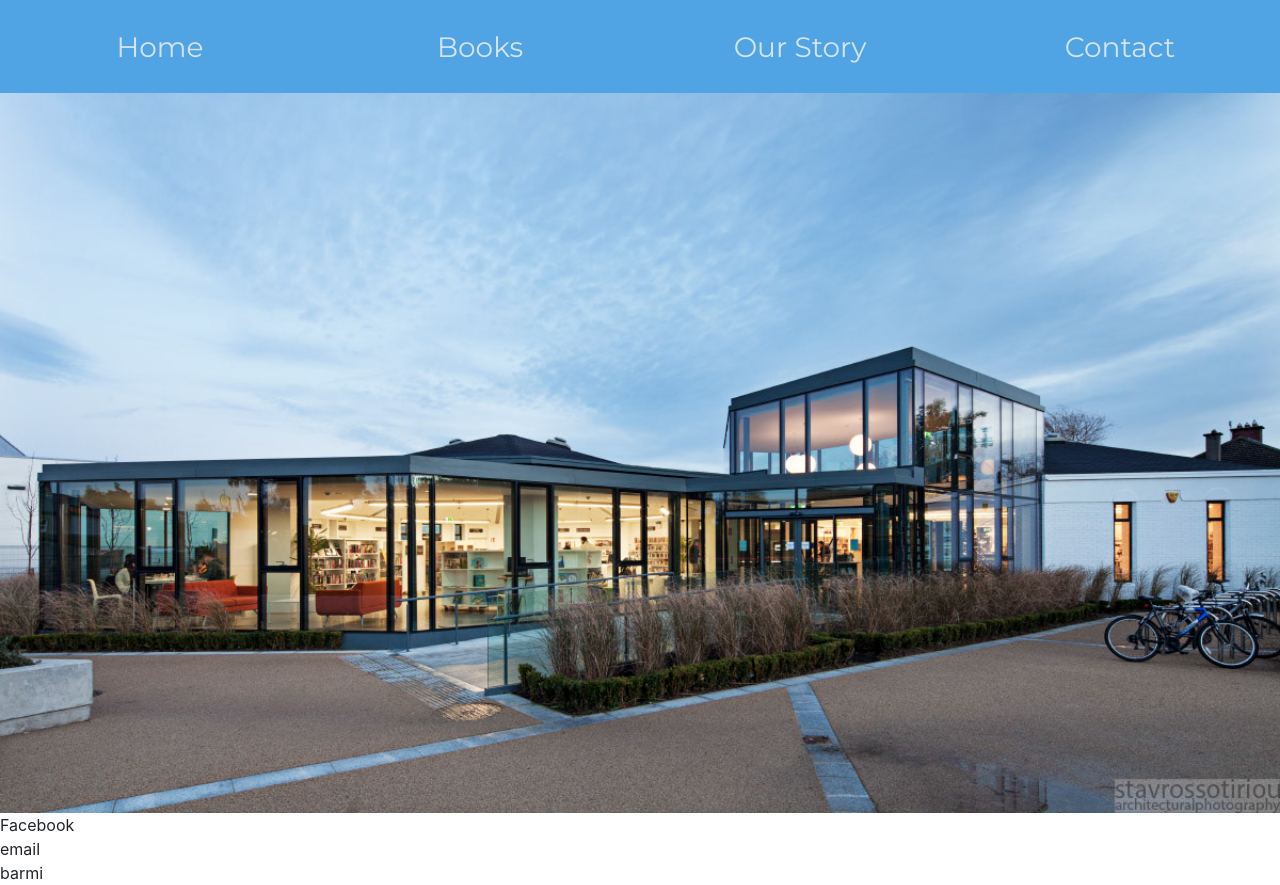
Repository: taikatta/Konyvkucko
Page: index.html
The author's editor kept a record of every edit. The page is drawn from the files as they stood at one moment, then again after the next edit.
The browser window is 1280 px wide. The pictures show the whole page.
Backgrounds fixed to the window are drawn as part of the page.

Above is the page before.

After the next edit:
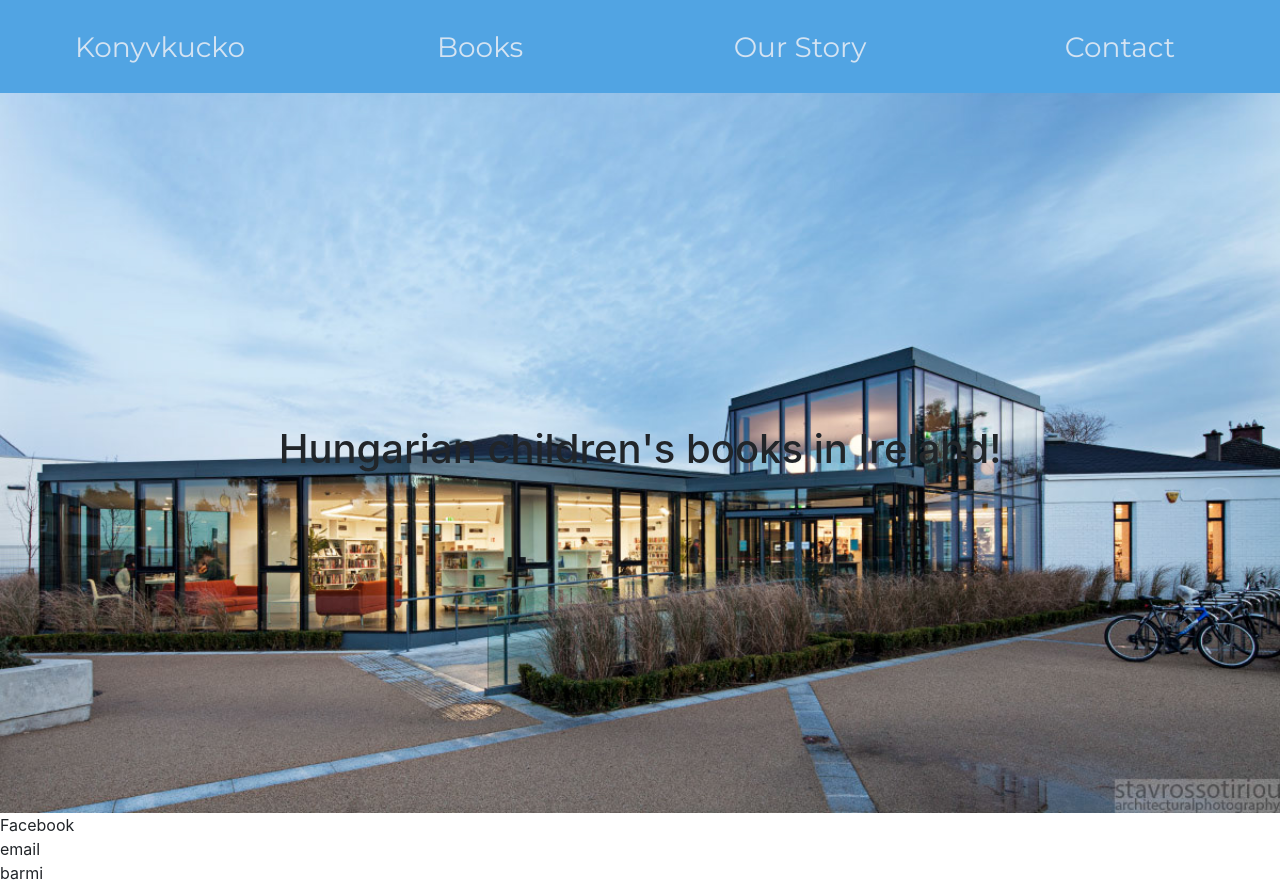
The edit:
--- a/index.html
+++ b/index.html
@@ -13,34 +13,28 @@
 
 <body>
     <header>
-       <!-- <div class="row no-gutters">
-            <a class="col-md-4" href="index.html">
-                Konyvkucko
-            </a>
-            <div class="col-md-8"> -->
-                <div class="row no-gutters">
-                    <div class="col">
-                        <ul id="nav" class="list-inline menucontainer">
-                            <li class="col-6 col-sm-3 list-inline-item menuitem">
-                                <a href="index.html"><span>Home</span></a>
-                            </li>
-                            <li class="col-6 col-sm-3 list-inline-item menuitem">
-                                <a href="books.html"><span>Books</span></a>
-                            </li>
-                            <li class="col-6 col-sm-3 list-inline-item menuitem">
-                                <a href="ourstory.html"><span>Our Story</span></a>
-                            </li>
-                            <li class="col-6 col-sm-3 list-inline-item menuitem">
-                                <a href="contact.html"><span>Contact</span></a>
-                            </li>
-                        </ul>
-                    </div>
-                </div>
-          <!--  </div> -->
+        <div class="row no-gutters">
+            <div class="col">
+                <ul id="nav" class="list-inline menucontainer">
+                    <li class="col-6 col-sm-3 list-inline-item menuitem">
+                        <a href="index.html"><span>Konyvkucko</span></a>
+                    </li>
+                    <li class="col-6 col-sm-3 list-inline-item menuitem">
+                        <a href="books.html"><span>Books</span></a>
+                    </li>
+                    <li class="col-6 col-sm-3 list-inline-item menuitem">
+                        <a href="ourstory.html"><span>Our Story</span></a>
+                    </li>
+                    <li class="col-6 col-sm-3 list-inline-item menuitem">
+                        <a href="contact.html"><span>Contact</span></a>
+                    </li>
+                </ul>
+            </div>
         </div>
     </header>
     <section>
         <div class="callout-container">
+            <h1 class="introduction">Hungarian children's books in Ireland!</h1>
             <!-- <div class="overlay">&nbsp</div>
 
 
@@ -65,9 +59,7 @@
     </section>
     <footer>
         <div>
-            Facebook <br>
-            email <br>
-            barmi
+            Facebook <br> email <br> barmi
         </div>
     </footer>
 
